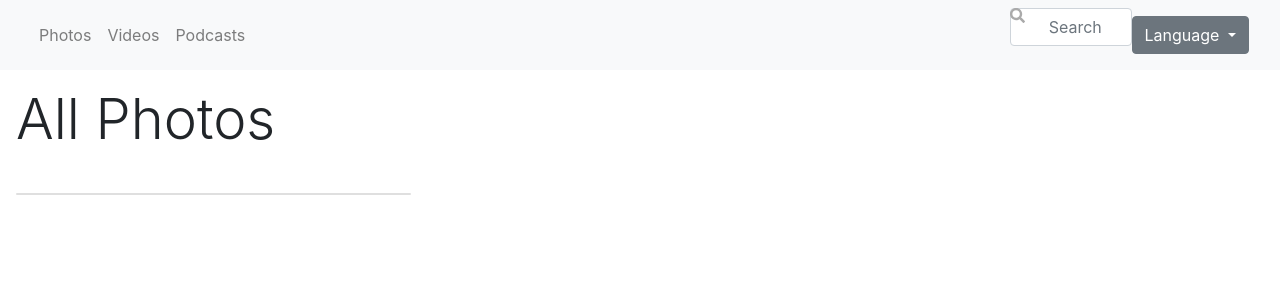
Repository: AlisaSkryp/photoblog
Page: index.html
The author's editor kept a copy of each file at every save. The page is drawn from the files as they stood at one save, then again after a run of saves.
The browser window is 1280 px wide. The pictures show the whole page.
Some web libraries are served in a nearby version.

Above is the page before, as saved 2023-04-09 20:19:47.

### index.html
<!DOCTYPE html>
<html lang="en">
<head>
	<meta charset="utf-8">
	<meta name="viewport" content="width=device-width, initial-scale=1">
	<title>Complete Bootstrap 4 Website Layout</title>
	<link rel="stylesheet" href="https://maxcdn.bootstrapcdn.com/bootstrap/4.0.0/css/bootstrap.min.css">
	<script src="https://ajax.googleapis.com/ajax/libs/jquery/3.3.1/jquery.min.js"></script>
	<script src="https://cdnjs.cloudflare.com/ajax/libs/popper.js/1.12.9/umd/popper.min.js"></script>
	<script src="https://maxcdn.bootstrapcdn.com/bootstrap/4.0.0/js/bootstrap.min.js"></script>
	<script src="https://use.fontawesome.com/releases/v5.0.8/js/all.js"></script>
	<link href="style.css" rel="stylesheet">
</head>
<body>

<!-- Navigation -->
<nav class="navbar navbar-expand-md navbar-light bg-light sticky-top">
 <div class="container-fluid">
  <button class="navbar-toggler" type="button" data-toggle="collapse" data-target="#navbarResponsive">
		<span class="navbar-toggler-icon"></span>
	</button>
	<div class="collapse navbar-collapse" id="navbarResponsive">
		<ul class="navbar-nav">
			<li class="nav-item">
			  <a class="nav-link" href="#">Photos</a>
			</li>
			<li class="nav-item">
			  <a class="nav-link" href="#">Videos</a>
			</li>
			<li class="nav-item">
			  <a class="nav-link" href="#">Podcasts</a>
			</li>
		</ul>
	</div>
	<div class="search-container">
	 <div class="form-group has-search">
    <span class="fa fa-search form-control-feedback"></span>
    <input type="text" class="form-control" placeholder="Search">
   </div>
	</div>
	<div class="dropdown">
		<button class="btn btn-secondary dropdown-toggle" type="button" id="dropdownMenuButton" data-toggle="dropdown" aria-haspopup="true" aria-expanded="false">
			Language
		</button>
		<div class="dropdown-menu" aria-labelledby="dropdownMenuButton">
			<a class="dropdown-item" href="#">English</a>
			<a class="dropdown-item" href="#">Spanish</a>
			<a class="dropdown-item" href="#">French</a>
		</div>
	</div>

 </div>
</nav>

<!--- Image Slider -->


<!--- Jumbotron -->


<!--- Welcome Section -->


<!--- Three Column Section -->


<!--- Two Column Section -->


<!--- Fixed background -->


<!--- Emoji Section -->


<!--- Meet the team -->
<div class="container-fluid padding">
	<div class="row welcome text-left">
		<div class="col-12">
			<h1 class="display-4">All Photos</h1>
		</div>
	</div>
</div>

<!--- Cards -->
<div class="container-fluid padding">
	<div class="row padding">
		<div class="col-md-4">
			<div class="card">
				<img class="card-img-top" src="">

			</div>
		</div>
	</div>
</div>

<!--- Two Column Section -->


<!--- Connect -->


<!--- Footer -->




</body>
</html>

### style.css
@import url('https://fonts.googleapis.com/css?family=Poppins:400,500,700');











/*---Media Queries --*/
@media (max-width: 992px) {

  }
@media (max-width: 768px) {

}
@media (max-width: 576px) {

}

.search-container {
	width: 10%;
	margin: 0px auto;
}
.has-search .form-control {
	padding-left: 2.375rem;
}

.has-search .form-control-feedback {
	position: absolute;
	z-index: 2;
	display: block;
	width: 15px;
	height: 15px;
	line-height: 15px;
	text-align: center;
	pointer-events: none;
	color: #aaa;
}
/*---Firefox Bug Fix --*/
.carousel-item {
  transition: -webkit-transform 0.5s ease;
  transition: transform 0.5s ease;
  transition: transform 0.5s ease, -webkit-transform 0.5s ease;
  -webkit-backface-visibility: visible;
  backface-visibility: visible;
}
/*--- Fixed Background Image --*/
figure {
  position: relative;
  width: 100%;
  height: 60%;
  margin: 0!important;
}
.fixed-wrap {
  clip: rect(0, auto, auto, 0);
  position: absolute;
  top: 0;
  left: 0;
  width: 100%;
  height: 100%;
}
#fixed {
  background-image: url('img/mac.png');
  position: fixed;
  display: block;
  top: 0;
  left: 0;
  width: 100%;
  height: 100%;
  background-size: cover;
  background-position: center center;
  -webkit-transform: translateZ(0);
          transform: translateZ(0);
  will-change: transform;
}
/*--- Bootstrap Padding Fix --*/
[class*="col-"] {
    padding: 1rem;
}





/*
Extra small (xs) devices (portrait phones, less than 576px)
No media query since this is the default in Bootstrap

Small (sm) devices (landscape phones, 576px and up)
@media (min-width: 576px) { ... }

Medium (md) devices (tablets, 768px and up)
@media (min-width: 768px) { ... }

Large (lg) devices (desktops, 992px and up)
@media (min-width: 992px) { ... }

Extra (xl) large devices (large desktops, 1200px and up)
@media (min-width: 1200px) { ... }
*/

After the next 4 saves:
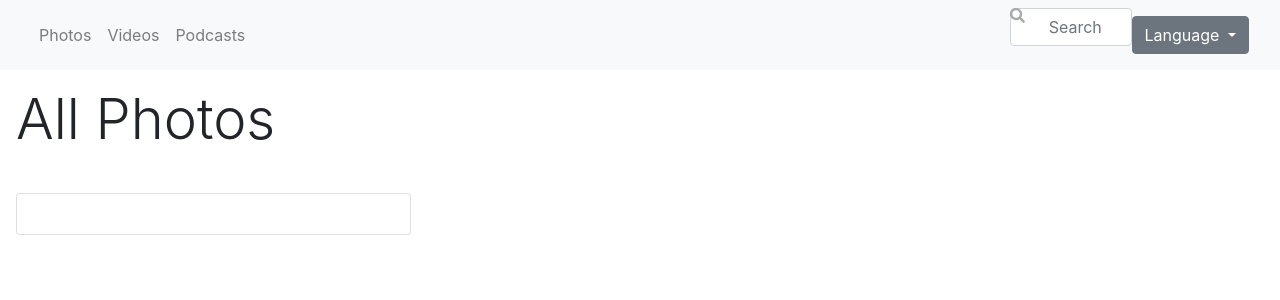
The 4 saves are shown as one change because they came seconds apart.
The last was saved 8 s later.
--- a/index.html
+++ b/index.html
@@ -88,7 +88,7 @@
 		<div class="col-md-4">
 			<div class="card">
 				<img class="card-img-top" src="">
-
+				<div class="card-body"></div>
 			</div>
 		</div>
 	</div>
